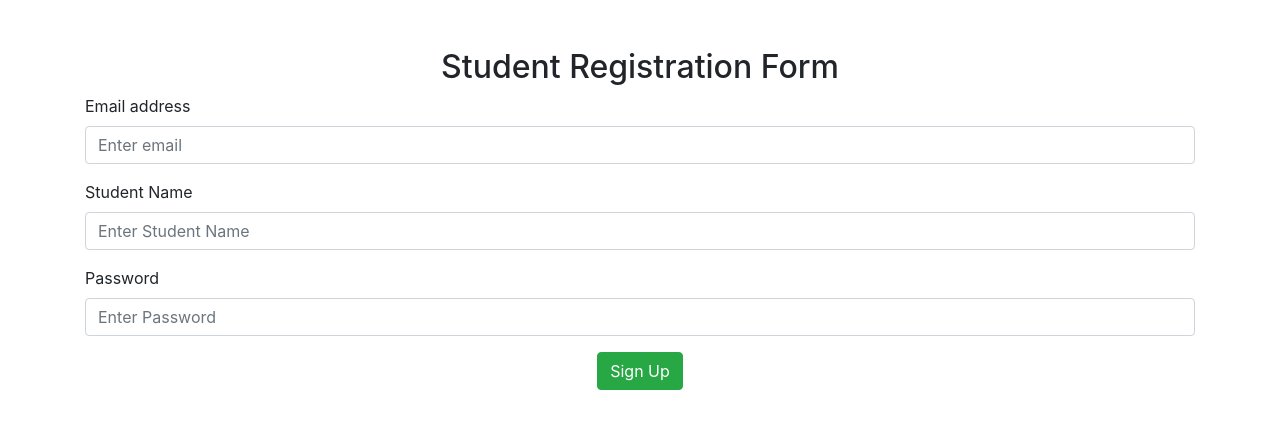
Repository: nksharma514/spring
Page: http://localhost/com.spring.mvc.formRegistration/student
The author's editor kept a copy of each file at every save. The page is drawn from the files as they stood at one save, then again after the next save.
The browser window is 1280 px wide. The pictures show the whole page.
Some web libraries are served in a nearby version. The page is served by Tomcat 9.

Above is the page before, as saved 2023-08-13 17:43:34.

After the next save:
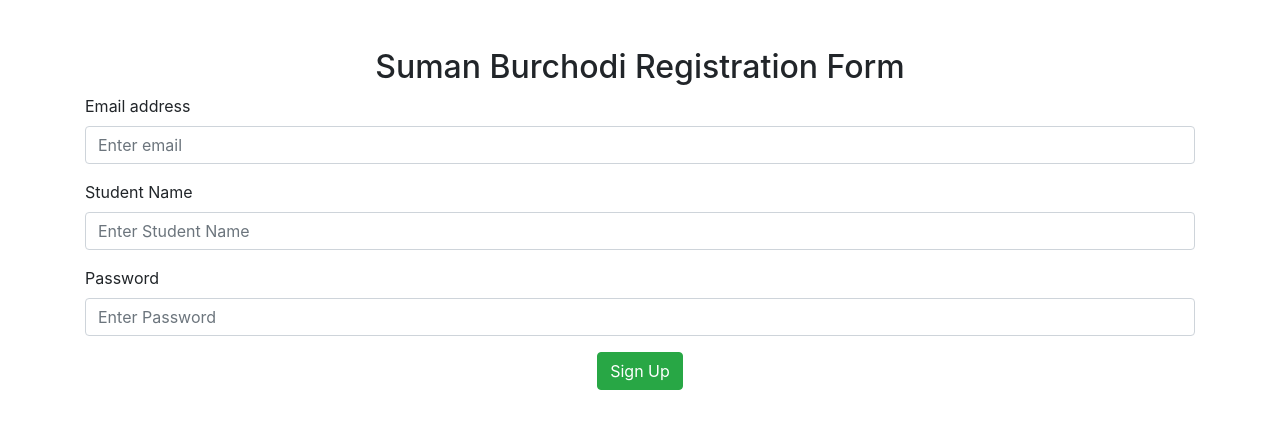
Saved 27 s later.
--- a/com.spring.mvc.formRegistration/src/main/webapp/WEB-INF/views/student.jsp
+++ b/com.spring.mvc.formRegistration/src/main/webapp/WEB-INF/views/student.jsp
@@ -21,7 +21,7 @@
 
 	<div class="container mt-5">
 
-		<h2 class="text-center">Student Registration Form</h2>
+		<h2 class="text-center">Suman Burchodi Registration Form</h2>
 
 		<div class="form-group">
 			<label for="exampleInputEmail1">Email address</label>

After the save that followed:
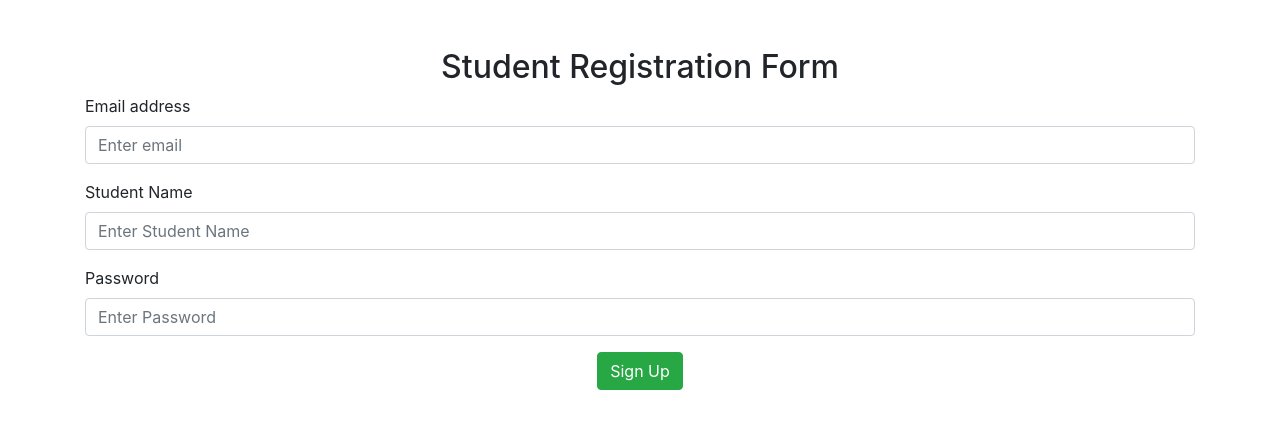
Saved 40 s later.
--- a/com.spring.mvc.formRegistration/src/main/webapp/WEB-INF/views/student.jsp
+++ b/com.spring.mvc.formRegistration/src/main/webapp/WEB-INF/views/student.jsp
@@ -21,7 +21,7 @@
 
 	<div class="container mt-5">
 
-		<h2 class="text-center">Suman Burchodi Registration Form</h2>
+		<h2 class="text-center">Student Registration Form</h2>
 
 		<div class="form-group">
 			<label for="exampleInputEmail1">Email address</label>
